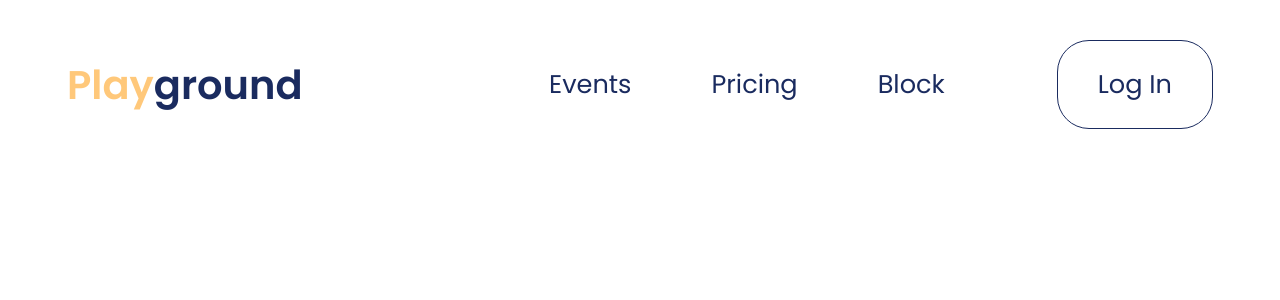
Repository: tuanpham-aptech/front-end
Page: psdtohtml/playgroud/index.html
These files come from the project's save history. The page is drawn as it stood at one moment and after a run of saves; the edit follows.
The browser window is 1280 px wide. The pictures show the whole page.
The pointer rests on the first visible `.header__menu-link`.
Some web libraries are served in a nearby version.

Above is the page before, as saved 2021-10-13 17:37:39.

After the next 3 saves:
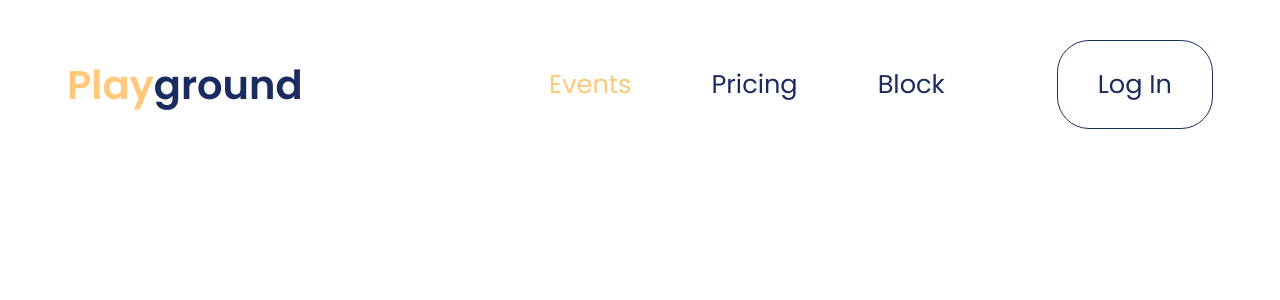
The 3 saves are shown as one change because they came seconds apart.
The last was saved 9 s later.
--- a/psdtohtml/playgroud/assets/css/style.css
+++ b/psdtohtml/playgroud/assets/css/style.css
@@ -54,7 +54,7 @@
 }
 
 .header__menu-link:hover {
-    color:#pr
+    color:var(--primary-color);
 }
 
 .header__login {
